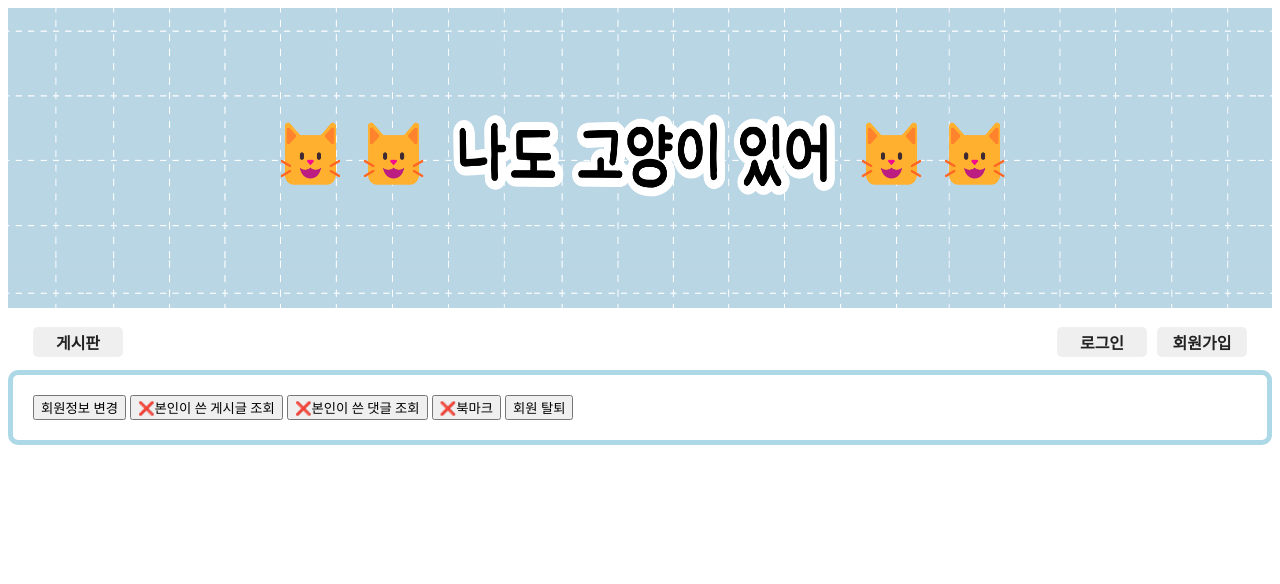
Repository: hh7711/Goit
Page: http://localhost/Goit/WEB-INF/views/myPage.jsp
These files come from the project's save history. The page is drawn as it stood at one moment and after the next save; the edit follows.
The browser window is 1280 px wide. The pictures show the whole page.
Some web fonts or font styles are not loaded; a fallback is used. The page is served by Tomcat 9. Nobody is signed in. Other server files are loaded and not shown. The template is opened directly, without the code that normally fills it, so the values that code supplies are empty.

Above is the page before, as saved 2023-08-06 13:40:40.

### Goit/src/main/webapp/WEB-INF/views/myPage.jsp
<%@ page language="java" contentType="text/html; charset=UTF-8"
    pageEncoding="UTF-8"%>
<%@ taglib prefix="c" uri="http://java.sun.com/jsp/jstl/core" %>
<!DOCTYPE html>
<html>
<head>
<meta charset="UTF-8">
<title>나도 고양이 있어</title>
	<style type="text/css">
		@font-face {
		    font-family: 'Dovemayo_gothic';
		    src: url('https://cdn.jsdelivr.net/gh/projectnoonnu/noonfonts_2302@1.1/Dovemayo_gothic.woff2') format('woff2');
		    font-weight: normal;
		    font-style: normal;
		}
		body,button {
			font-family: 'Dovemayo_gothic';
		}
		#main1{
			border: 5px solid lightblue;
			border-radius: 10px;
			padding: 20px;
		}
		.headBtnDiv{
			margin-bottom: 30px; margin-top: 10px;
			margin-left: 20px; margin-right: 20px;
		}
		.headBtn{
        	border: 0.5px;
        	width: 90px;
        	height: 30px;
        	color: rgb(34, 34, 34);
        	border-radius: 5px;
        	font-size: medium;
        	font-weight: bold;
        	margin-top: 5px; margin-left: 5px; margin-right: 5px; margin-bottom: 30px;
        }
        .headBtn:hover{
        	background-color: rgb(211, 253, 255);
        	box-shadow: 1px 1px 5px #ccc;
        }
        .headId{
        	font-size: medium;
        	font-weight: bold;
        	margin-top: 8px; margin-left: 5px; margin-right: 5px; margin-bottom: 10px;
        }
	</style>
</head>
<body>
	<div>
		<a href="mainPage">
			<img style="height: 300px;" alt="오류" src="resources/main/main15.png" width="100%">
		</a>
	</div>
	<div class="headBtnDiv">
		<button type="button" class="headBtn" style="float: left;" onclick="location.href='boardList'">게시판</button>
		<c:if test="${dto == null}">
			<button type="button" class="headBtn" style="float: right;" onclick="location.href='signUpPage'">회원가입</button>&nbsp;
			<button type="button" class="headBtn" style="float: right;" onclick="location.href='signInPage'">로그인</button>
		</c:if>
		<c:if test="${dto != null}">
			<button type="button" class="headBtn" style="float: right;" onclick="location.href='signOut'">로그아웃</button>&nbsp;
			<button type="button" class="headBtn" style="float: right;" onclick="location.href='myPage'">마이페이지</button>
			<span class="headId" style="float: right;">${dto.id}님</span>
		</c:if>
	</div>
	<div id="main1">
		<div id="main2">
			<div><!-- 본문 -->
				<button type="button" id="memberInfo">회원정보 변경</button>
				<button type="button" onclick="location.href='#'">❌본인이 쓴 게시글 조회</button>
				<button type="button" onclick="location.href='#'">❌본인이 쓴 댓글 조회</button>
				<button type="button" onclick="location.href='#'">❌북마크</button>
				<button type="button" id="memberDelete">회원 탈퇴</button>
			</div><!-- 본문 -->
		</div><!-- main1 -->
	</div><!-- main2 -->
	<form id="formId" name="formId" method="post">
		<input type="hidden" value="${dto.id}" name="id">
	</form>
	<script src="https://ajax.googleapis.com/ajax/libs/jquery/3.3.1/jquery.min.js"></script>
    <script type="text/javascript">
    	$("#memberInfo").on("click", function() {
    		console.log("눌러는지니?");
    		$("#formId").attr("action", "memberInfoPage");
    		console.log($("#formId input[name='id']").val());
    		$("#formId").submit();
    	});
    	$("#memberDelete").on("click", function() {
    		console.log("눌러는지니?");
    		$("#formId").attr("action", "memberDeletePage");
    		console.log($("#formId input[name='id']").val());
    		$("#formId").submit();
    	});
    </script>
</body>
</html>

After the next save:
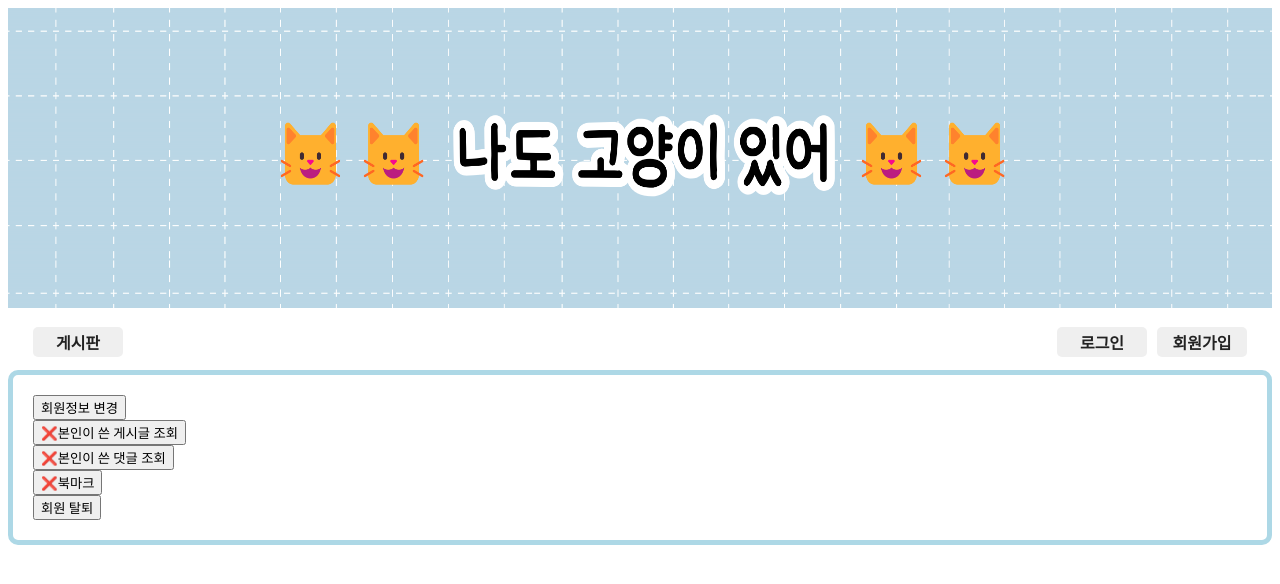
Saved 95 s later.
--- a/Goit/src/main/webapp/WEB-INF/views/myPage.jsp
+++ b/Goit/src/main/webapp/WEB-INF/views/myPage.jsp
@@ -67,11 +67,21 @@
 	<div id="main1">
 		<div id="main2">
 			<div><!-- 본문 -->
-				<button type="button" id="memberInfo">회원정보 변경</button>
-				<button type="button" onclick="location.href='#'">❌본인이 쓴 게시글 조회</button>
-				<button type="button" onclick="location.href='#'">❌본인이 쓴 댓글 조회</button>
-				<button type="button" onclick="location.href='#'">❌북마크</button>
-				<button type="button" id="memberDelete">회원 탈퇴</button>
+				<div>
+					<button type="button" id="memberInfo">회원정보 변경</button>
+				</div>
+				<div>
+					<button type="button" onclick="location.href='#'">❌본인이 쓴 게시글 조회</button>
+				</div>
+				<div>
+					<button type="button" onclick="location.href='#'">❌본인이 쓴 댓글 조회</button>
+				</div>
+				<div>
+					<button type="button" onclick="location.href='#'">❌북마크</button>
+				</div>
+				<div>
+					<button type="button" id="memberDelete">회원 탈퇴</button>
+				</div>
 			</div><!-- 본문 -->
 		</div><!-- main1 -->
 	</div><!-- main2 -->
